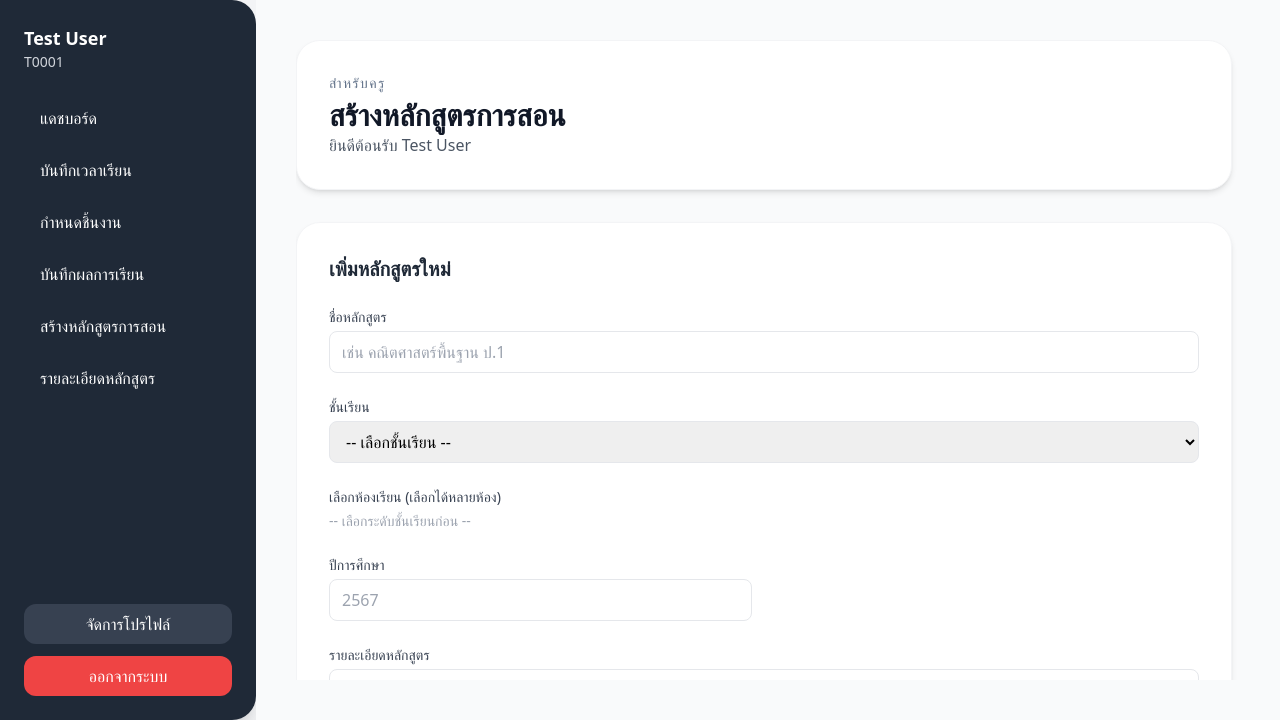
Repository: Myhost-co-ltd/banchongplii
Page: http://localhost/teacher/courses
These files come from the project's save history. The page is drawn as it stood at one moment and after a run of saves; the edit follows.
The browser window is 1280 px wide. The pictures show the whole page.
An inner scrolling area shows only its first screen. The page is served by the project's Laravel application, run on PHP 8.4 with Laravel 10. A made-up administrator, Test User (test@example.com), is signed in. Style sheets and scripts are compiled from the project's sources, by tool versions that may differ from the author's. Queries for data that is not in the repository find no rows.

Above is the page before, as saved 2025-11-24 11:29:08.

After the next 2 saves:
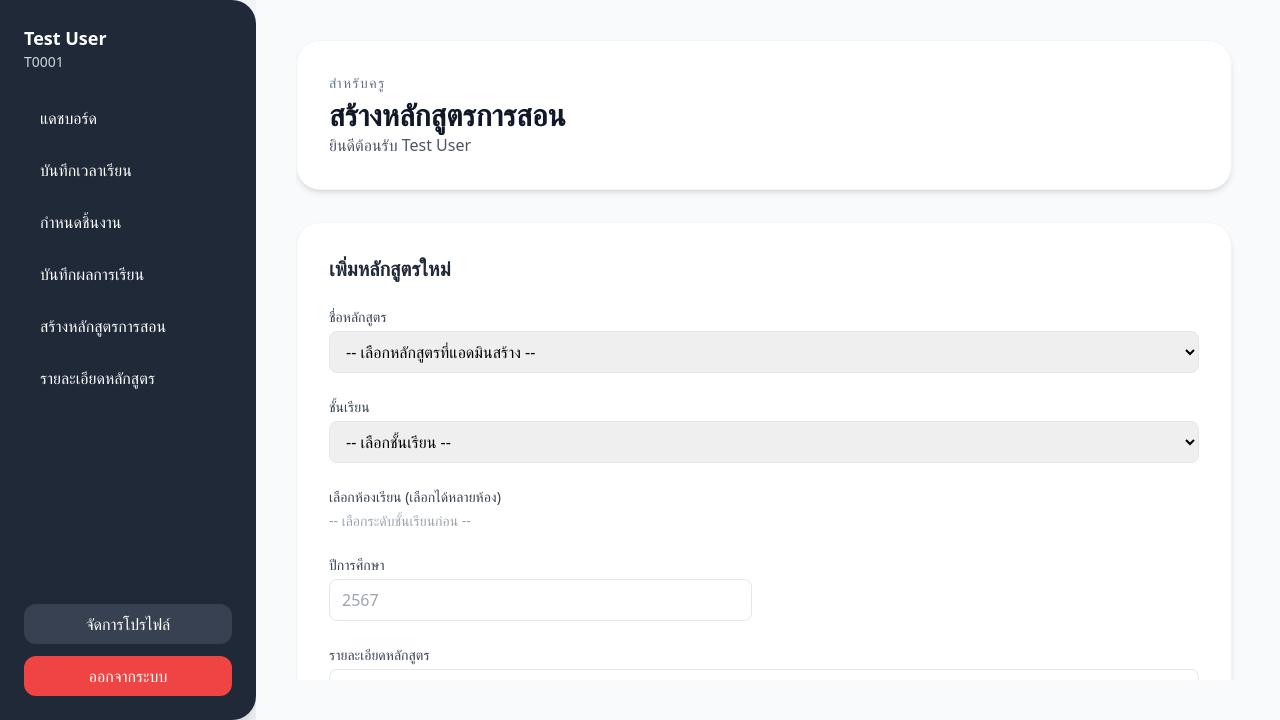
The 2 saves are shown as one change because they came seconds apart.
The last was saved 2 h 0 min later.
--- a/resources/views/teacher/course-create.blade.php
+++ b/resources/views/teacher/course-create.blade.php
@@ -33,10 +33,20 @@
             {{-- ชื่อหลักสูตร --}}
             <div>
                 <label class="block text-sm font-medium text-gray-700 mb-1">ชื่อหลักสูตร</label>
-                <input type="text" name="name"
-                       class="w-full border rounded-lg px-3 py-2 focus:ring-2 focus:ring-blue-400 focus:outline-none"
-                       placeholder="เช่น คณิตศาสตร์พื้นฐาน ป.1"
-                       value="{{ old('name') }}">
+                <select id="nameSelect"
+                        name="name"
+                        class="w-full border rounded-lg px-3 py-2 focus:ring-2 focus:ring-blue-400 focus:outline-none">
+                    <option value="">-- เลือกหลักสูตรที่แอดมินสร้าง --</option>
+                    @foreach(($adminCourseOptions ?? collect()) as $adminCourse)
+                        <option value="{{ $adminCourse->name }}"
+                                data-grade="{{ $adminCourse->grade }}"
+                                data-term="{{ $adminCourse->term }}"
+                                data-year="{{ $adminCourse->year }}"
+                                @selected(old('name') === $adminCourse->name)>
+                            {{ $adminCourse->name }}
+                        </option>
+                    @endforeach
+                </select>
             </div>
 
             {{-- ระดับชั้น --}}
@@ -117,7 +127,7 @@
                             <th class="py-3 px-4 text-center">ห้อง</th>
                             <th class="py-3 px-4 text-center">ภาคเรียน</th>
                             <th class="py-3 px-4 text-center">ปีการศึกษา</th>
-                            <th class="py-3 px-4 text-center">การจัดการ</th>
+                            <th class="py-3 px-4 text-center">จัดการ</th>
                         </tr>
                     </thead>
                     <tbody class="divide-y divide-gray-100 bg-white">
@@ -141,11 +151,9 @@
                                 </td>
                                 <td class="py-3 px-4 text-center">{{ $course->term ?? '-' }}</td>
                                 <td class="py-3 px-4 text-center">{{ $course->year ?? '-' }}</td>
-                                <td class="py-3 px-4 text-center space-x-2">
-                                    <a href="{{ route('teacher.courses.edit', $course) }}"
-                                       class="text-yellow-600 hover:underline">แก้ไข</a>
+                                <td class="py-3 px-4 text-center">
                                     <form action="{{ route('teacher.courses.destroy', $course) }}"
-                                          method="POST" class="inline"
+                                          method="POST"
                                           onsubmit="return confirm('ยืนยันการลบหลักสูตรนี้หรือไม่?')">
                                         @csrf
                                         @method('DELETE')
@@ -165,6 +173,7 @@
 @push('scripts')
 <script>
 document.addEventListener('DOMContentLoaded', () => {
+    const nameSelect     = document.getElementById('nameSelect');
     const gradeSelect    = document.getElementById('gradeSelect');
     const roomContainer  = document.getElementById('roomCheckboxes');
 
@@ -202,6 +211,26 @@ document.addEventListener('DOMContentLoaded', () => {
         renderRoomOptions('', []);
     }
 
+    // เลือกชื่อหลักสูตรจาก admin แล้วเติมข้อมูลที่เกี่ยวข้อง
+    nameSelect.addEventListener('change', (event) => {
+        const option = event.target.selectedOptions[0];
+        if (!option) return;
+
+        const grade = option.getAttribute('data-grade') || '';
+        const term  = option.getAttribute('data-term') || '';
+        const year  = option.getAttribute('data-year') || '';
+
+        if (grade) {
+            gradeSelect.value = grade;
+            renderRoomOptions(grade, []);
+        }
+        if (year) {
+            const yearInput = document.querySelector('input[name=\"year\"]');
+            if (yearInput) yearInput.value = year;
+        }
+        // term ช่องถูกคอมเมนต์ไว้ ถ้าเปิดใช้งานอีกครั้งให้เติมค่าที่นี่
+    });
+
     // เวลาเปลี่ยนชั้นเรียน → สร้างห้องใหม่ให้เลือก
     gradeSelect.addEventListener('change', (event) => {
         const grade = event.target.value;
